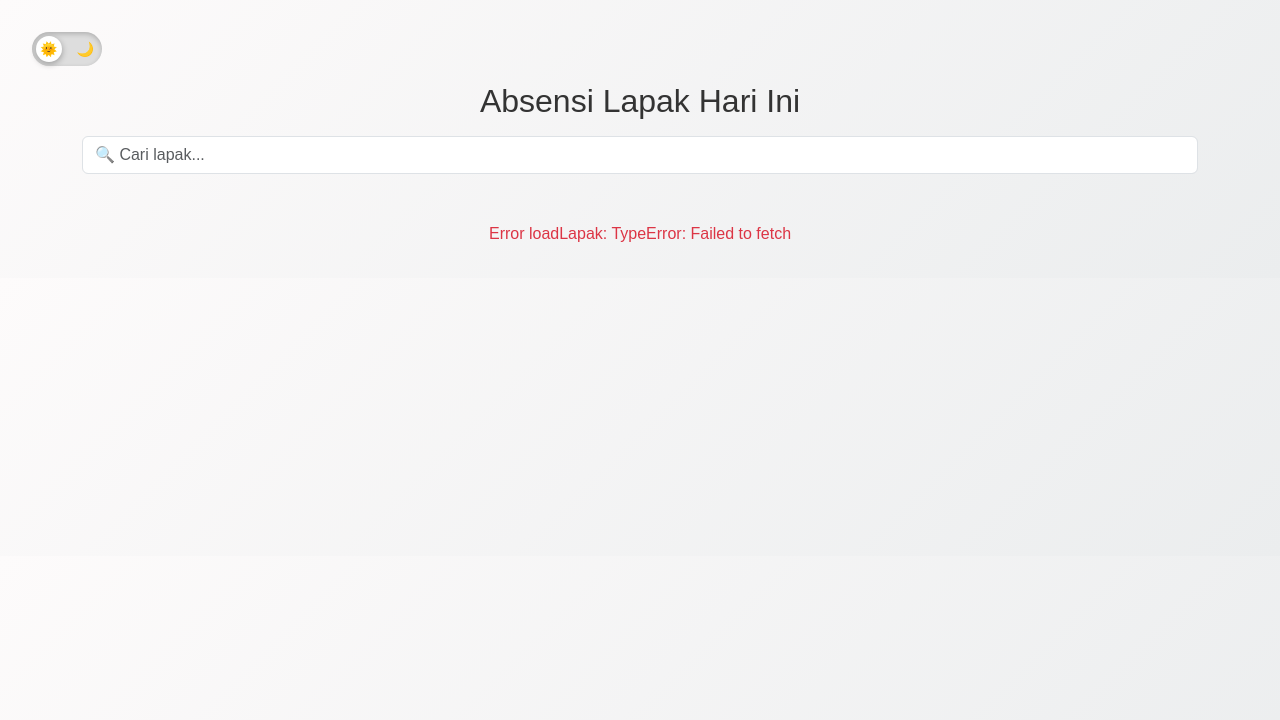
Repository: pasarrakyatbak/absensi
Page: index.html
The author's editor kept a copy of each file at every save. The page is drawn from the files as they stood at one save, then again after the next save.
The browser window is 1280 px wide. The pictures show the whole page.
The page's requests for data from a server got no answer.

Above is the page before, as saved 2025-09-22 01:01:28.

After the next save:
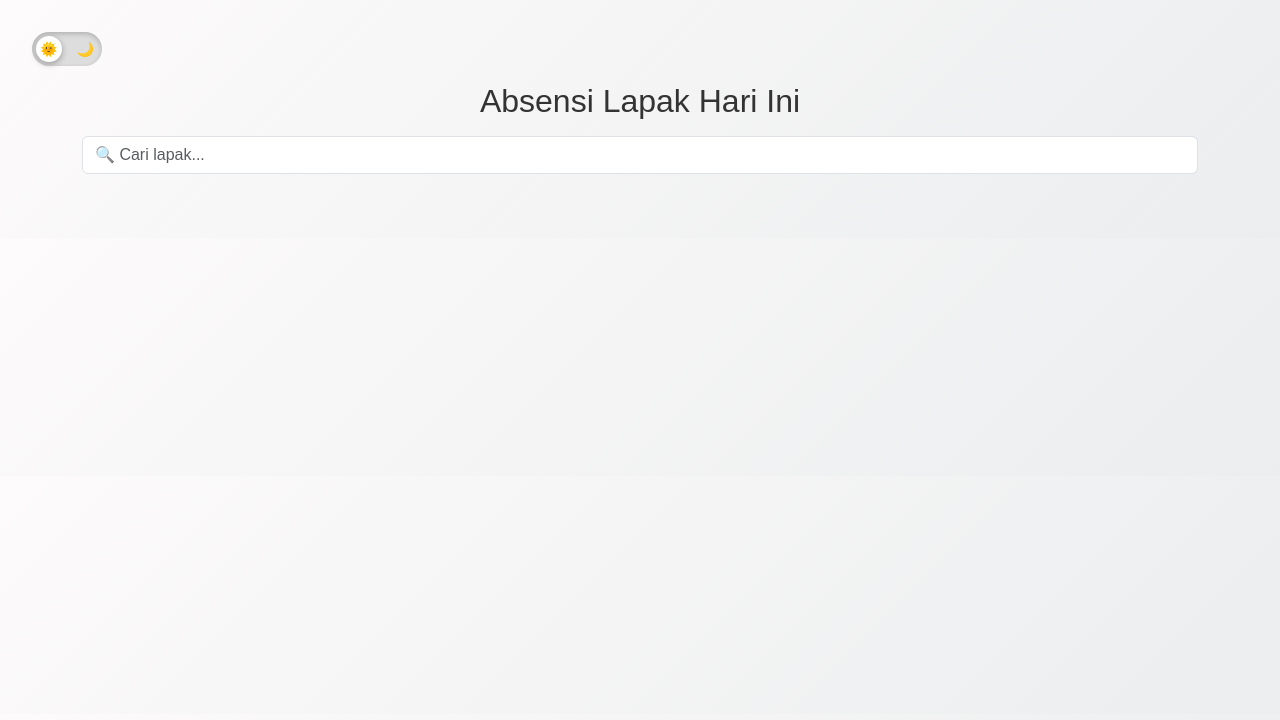
Saved 7 min 30 s later.
--- a/script.js
+++ b/script.js
@@ -1,10 +1,7 @@
-const API_URL = "https://script.google.com/macros/s/AKfycby4z2qZ24SrJkcyGpybH29lSUC_3_z1LG-7wSmTzpaOEXrwjXf0Cl3hqkg95qAxPj1-/exec";
-const darkSwitch = document.getElementById("darkSwitch");
-let lapakData = [];
-let currentLapakId = null;
-
-// =================== Cek Hari ===================
-const isSunday = new Date().getDay() === 0; // 0 = Minggu
+// =================== Konfigurasi ===================
+const HANYA_MINGGU = false; // true = absensi hanya Minggu, false = setiap hari
+const today = new Date();
+const isSunday = HANYA_MINGGU ? (today.getDay() === 0) : true;
 
 // =================== Loader ===================
 function showAbsensiLoading(show, text = "Sedang menyimpan data...") {
@@ -20,39 +17,6 @@ function showAbsensiLoading(show, text = "Sedang menyimpan data...") {
         loader.classList.add("d-none");
     }
     loadingText.textContent = text;
-}
-
-// =================== Load semua lapak ===================
-async function loadLapak() {
-    showAbsensiLoading(true, "Sedang memuat data lapak...");
-
-    try {
-        const res = await fetch(API_URL + "?action=listLapak");
-        const json = await res.json();
-
-        console.log("DEBUG JSON:", json);
-
-        if (!json.success) {
-            document.getElementById("lapakContainer").innerHTML =
-                `<p class="text-center text-danger">Gagal load data: ${json.message}</p>`;
-            showAbsensiLoading(false);
-            return;
-        }
-
-        lapakData = json.data.map(lapak => ({
-            noLapak: lapak.no || "-",
-            nama: lapak.nama || "Tanpa Nama",
-            statusAbsensi: lapak.statusAbsensi || ""
-        }));
-
-        renderLapak(lapakData);
-        showAbsensiLoading(false);
-
-    } catch (err) {
-        document.getElementById("lapakContainer").innerHTML =
-            `<p class="text-center text-danger">Error loadLapak: ${err}</p>`;
-        showAbsensiLoading(false);
-    }
 }
 
 // =================== Render lapak ===================
@@ -98,28 +62,9 @@ function renderLapak(data) {
     });
 }
 
-// =================== Modal ===================
-function openAbsensiModal(lapakId, lapakName) {
-    const modal = document.getElementById("absensiModal");
-    const info = document.getElementById("absensiInfo");
-    currentLapakId = lapakId;
-    if (info) info.textContent = `Absensi untuk Lapak ${lapakId} - ${lapakName}`;
-    modal.style.display = "flex";
-}
-function closeAbsensiModal() {
-    const modal = document.getElementById("absensiModal");
-    if (modal) modal.style.display = "none";
-}
-
-// =================== Absen dari modal ===================
-document.getElementById("modalAbsenBtn").addEventListener("click", () => {
-    if (currentLapakId) absenLapak(currentLapakId);
-    closeAbsensiModal();
-});
-
 // =================== Absen ke server ===================
 async function absenLapak(noLapak) {
-    if (!isSunday) {
+    if (HANYA_MINGGU && !isSunday) {
         alert("❌ Absensi hanya bisa dilakukan hari Minggu.");
         return;
     }
@@ -176,78 +121,3 @@ async function absenLapak(noLapak) {
 
     showAbsensiLoading(false);
 }
-
-// =================== Search filter ===================
-document.getElementById("searchInput").addEventListener("input", (e) => {
-    const keyword = e.target.value.toLowerCase();
-    const filtered = lapakData.filter(l =>
-        l.noLapak.toString().toLowerCase().includes(keyword) ||
-        l.nama.toLowerCase().includes(keyword)
-    );
-    renderLapak(filtered);
-});
-
-// =================== Dark mode switch ===================
-if (localStorage.getItem("darkMode") === "true") {
-    document.body.classList.add("dark");
-    darkSwitch.checked = true;
-}
-
-darkSwitch.addEventListener("change", () => {
-    if (darkSwitch.checked) {
-        document.body.classList.add("dark");
-        localStorage.setItem("darkMode", "true");
-    } else {
-        document.body.classList.remove("dark");
-        localStorage.setItem("darkMode", "false");
-    }
-});
-function updateSummary() {
-    const total = lapakData.length;
-    const totalHadir = lapakData.filter(l => (l.statusAbsensi || "").includes("✅")).length;
-    const totalBelum = total - totalHadir;
-    const persenHadir = total > 0 ? Math.round((totalHadir / total) * 100) : 0;
-    const persenBelum = 100 - persenHadir;
-
-    const summaryEl = document.getElementById("lapakSummary");
-    if (!summaryEl) return;
-
-    summaryEl.innerHTML = `
-        <div class="summary-card total">
-            <div class="label">Total Lapak</div>
-            <div class="value">${total}</div>
-        </div>
-        <div class="summary-card hadir">
-            <div class="label">✅ Hadir</div>
-            <div class="value">${totalHadir}</div>
-            <div class="extra">(${persenHadir}%)</div>
-        </div>
-        <div class="summary-card belum">
-            <div class="label">❌ Belum</div>
-            <div class="value">${totalBelum}</div>
-            <div class="extra">(${persenBelum}%)</div>
-        </div>
-    `;
-
-    // Progress bar dua warna
-    const progressContainer = document.createElement("div");
-    progressContainer.className = "summary-progress mt-3";
-    progressContainer.innerHTML = `
-        <div class="progress" style="height: 20px; border-radius: 10px; overflow: hidden;">
-            <div class="progress-bar bg-success" role="progressbar"
-                style="width: ${persenHadir}%"
-                aria-valuenow="${persenHadir}" aria-valuemin="0" aria-valuemax="100">
-                ${persenHadir > 15 ? persenHadir + "%" : ""}
-            </div>
-            <div class="progress-bar bg-danger" role="progressbar"
-                style="width: ${persenBelum}%"
-                aria-valuenow="${persenBelum}" aria-valuemin="0" aria-valuemax="100">
-                ${persenBelum > 15 ? persenBelum + "%" : ""}
-            </div>
-        </div>
-    `;
-    summaryEl.appendChild(progressContainer);
-}
-
-// =================== Load pertama kali ===================
-loadLapak();
